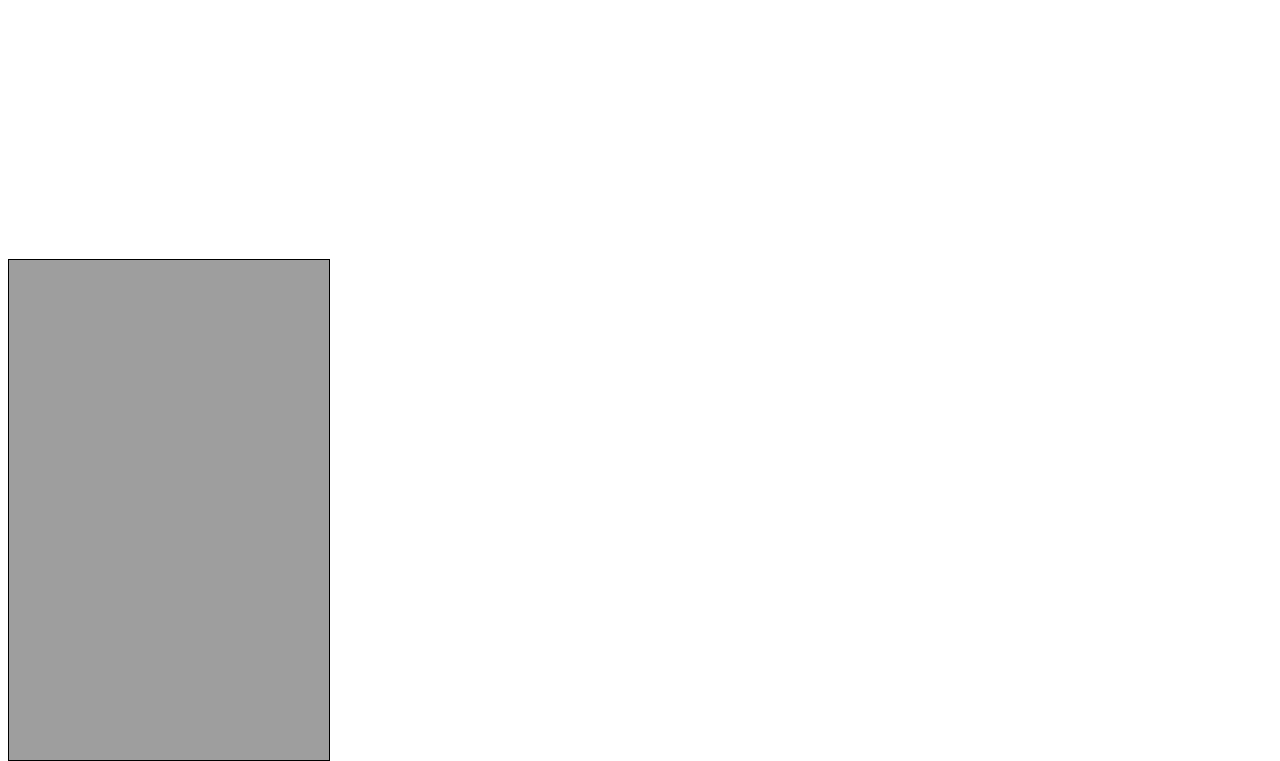
Repository: Tranduchieu2002/FlappyBird
Page: Flappy.html
The author's editor kept a copy of each file at every save. The page is drawn from the files as they stood at one save, then again after the next save.
The browser window is 1280 px wide. The pictures show the whole page.

Above is the page before, as saved 2021-09-14 15:03:17.

### Flappy.html
<!DOCTYPE html>
<html lang="en">
<head>
   <meta charset="UTF-8">
   <meta http-equiv="X-UA-Compatible" content="IE=edge">
   <meta name="viewport" content="width=device-width, initial-scale=1.0">
   <title>Document</title>
   <style>
      canvas  {
         border: 1px solid;
         transform: translateY(50%)
      }
   </style>
</head>
<body>
   <canvas id="canvas" width="320px" height="500px">

   </canvas>
   <script src="index.js"></script>
</body>
</html>

### index.js
const cvs = document.querySelector("canvas");
const ctx = cvs.getContext("2d");
var bird = new Image();
var bg = new Image();
let fg = new Image();
let pipeSouth = new Image();
let pipeNorth = new Image();
console.log(pipeNorth.length, pipeSouth.length);
fg.src =
  "https://raw.githubusercontent.com/CodeExplainedRepo/FlappyBird-JavaScript/master/images/fg.png";
pipeNorth.src =
  "https://raw.githubusercontent.com/CodeExplainedRepo/FlappyBird-JavaScript/master/images/pipeNorth.png";
pipeSouth.src =
  "https://raw.githubusercontent.com/CodeExplainedRepo/FlappyBird-JavaScript/master/images/pipeSouth.png";
bird.src =
  "https://e7.pngegg.com/pngimages/328/754/png-clipart-flappy-bird-blue-minecraft-bird-flappy-bird-bird.png";
bg.src =
  "https://raw.githubusercontent.com/CodeExplainedRepo/FlappyBird-JavaScript/master/images/bg.png";
(function draw() {
  const fh = 50;
  const hC = cvs.height;
  let Bx = 50;
  let By = 50;
  let hPassForCg = 7 * fh;
  ctx.drawImage(pipeNorth, 100, 0);
  ctx.drawImage(bg, 0, 0);
  ctx.drawImage(bird, 0, 0, 50, 50);
  ctx.drawImage(fg, 0, hC - fg.height);
  requestAnimationFrame(draw);
})();

After the next save:
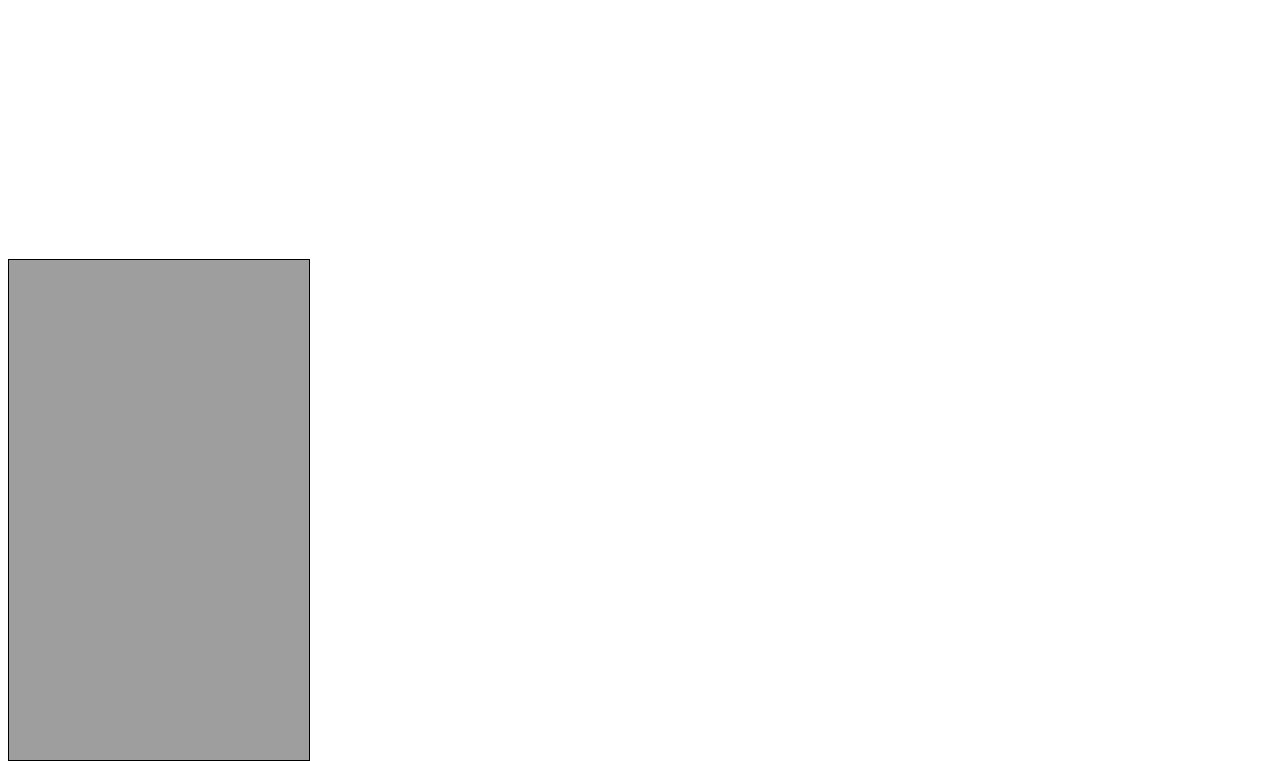
Saved 5 s later.
--- a/Flappy.html
+++ b/Flappy.html
@@ -13,7 +13,7 @@
    </style>
 </head>
 <body>
-   <canvas id="canvas" width="320px" height="500px">
+   <canvas id="canvas" width="300px" height="500px">
 
    </canvas>
    <script src="index.js"></script>
